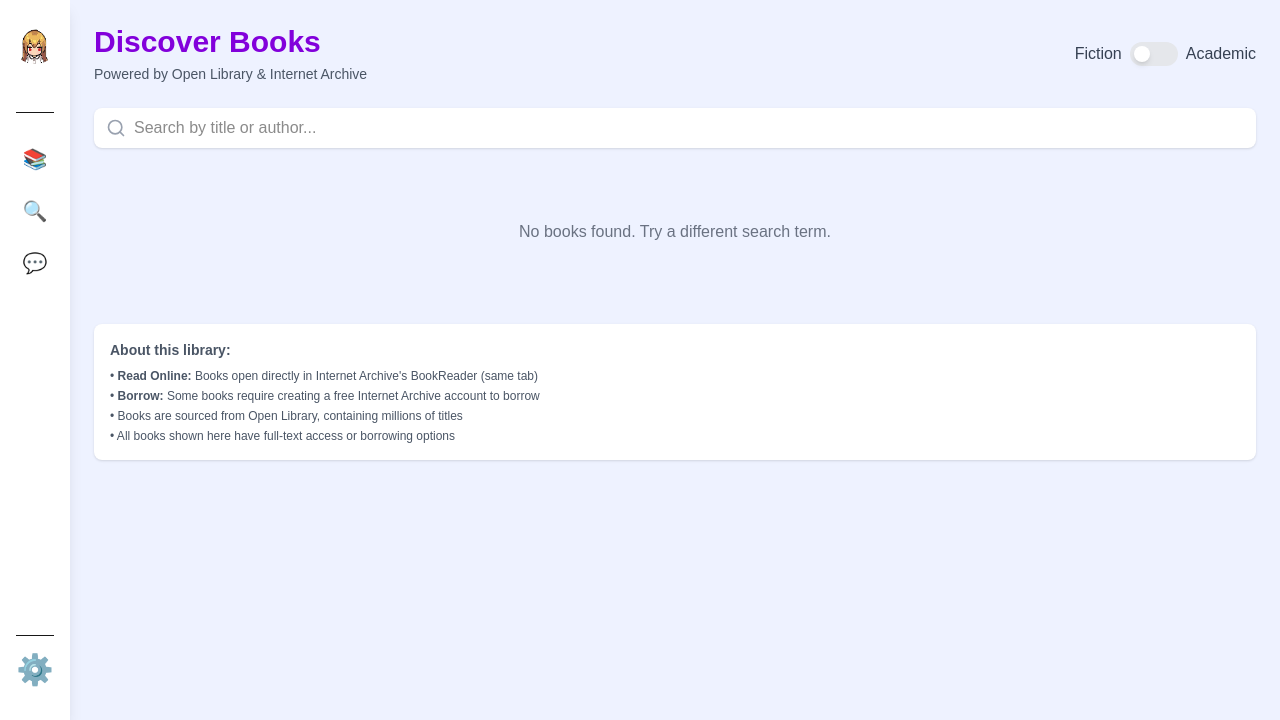
Repository: ramosfranz/bookie
Page: /discover
An editor plug-in stored every save of this project. The page is shown before and after the next save, followed by the edit.
The browser window is 1280 px wide. The pictures show the whole page.
The page's requests for data from a server got no answer. Some web fonts or font styles are not loaded; a fallback is used. The project was rebuilt for these pictures with package versions that can differ from the ones it lists, and the page was loaded fresh each time. The framework's server and built-in components were replaced by stand-ins that run in the browser. No one was signed in, and anything a server would have sent is missing. Also part of the build but not shown: next.config.ts.

Above is the page before, as saved 2025-11-30 10:30:09.

After the next save:
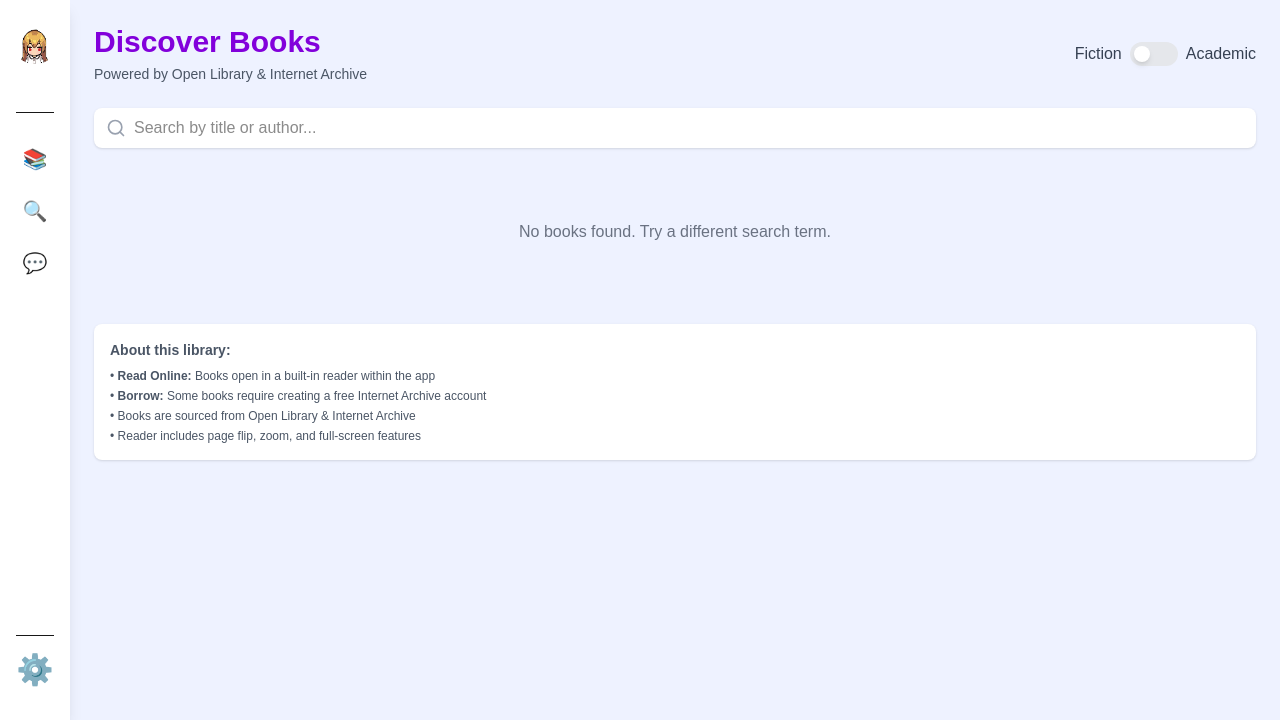
Saved 13 min 8 s later.
--- a/src/app/discover/page.tsx
+++ b/src/app/discover/page.tsx
@@ -164,15 +164,19 @@ export default function DiscoverPage() {
                   )}
 
                   {book.readUrl && (
-                    <a
-                      href={book.readUrl}
-                      target="_blank"
-                      rel="noopener noreferrer"
+                    <button
+                      onClick={() => {
+                        // Extract Internet Archive ID from URL
+                        const iaId = book.readUrl?.split('/details/')[1];
+                        if (iaId) {
+                          setViewerUrl(`https://archive.org/embed/${iaId}`);
+                        }
+                      }}
                       className="mt-auto px-3 py-1.5 bg-purple-600 text-white text-xs rounded hover:bg-purple-700 text-center flex items-center justify-center gap-1"
                     >
                       <BookOpen size={14} />
                       Read Online
-                    </a>
+                    </button>
                   )}
                   {!book.readUrl && book.borrowUrl && (
                     <a
@@ -249,28 +253,32 @@ export default function DiscoverPage() {
         <div className="mt-8 p-4 bg-white rounded-lg shadow text-sm text-gray-600">
           <p className="font-semibold mb-2">About this library:</p>
           <ul className="space-y-1 text-xs">
-            <li>• <strong>Read Online:</strong> Books open directly in Internet Archive's BookReader (same tab)</li>
-            <li>• <strong>Borrow:</strong> Some books require creating a free Internet Archive account to borrow</li>
-            <li>• Books are sourced from Open Library, containing millions of titles</li>
-            <li>• All books shown here have full-text access or borrowing options</li>
+            <li>• <strong>Read Online:</strong> Books open in a built-in reader within the app</li>
+            <li>• <strong>Borrow:</strong> Some books require creating a free Internet Archive account</li>
+            <li>• Books are sourced from Open Library & Internet Archive</li>
+            <li>• Reader includes page flip, zoom, and full-screen features</li>
           </ul>
         </div>
       </main>
 
-      {/* Embedded Viewer Modal (if needed) */}
+      {/* Embedded BookReader Modal */}
       {viewerUrl && (
-        <div className="fixed inset-0 bg-black/60 flex items-center justify-center z-50">
-          <div className="bg-white w-[90%] h-[90%] rounded-xl relative">
-            <button
-              className="absolute top-2 right-2 text-gray-700 hover:text-black z-10 bg-white rounded-full p-2"
-              onClick={() => setViewerUrl(null)}
-            >
-              <X size={24} />
-            </button>
+        <div className="fixed inset-0 bg-black/80 flex items-center justify-center z-50 p-4">
+          <div className="bg-white w-full h-full max-w-7xl max-h-[95vh] rounded-xl relative shadow-2xl">
+            <div className="absolute top-0 left-0 right-0 bg-purple-700 text-white px-4 py-3 rounded-t-xl flex items-center justify-between z-10">
+              <h3 className="font-semibold">Book Reader</h3>
+              <button
+                className="hover:bg-purple-600 rounded-full p-1 transition"
+                onClick={() => setViewerUrl(null)}
+              >
+                <X size={24} />
+              </button>
+            </div>
             <iframe
               src={viewerUrl}
-              className="w-full h-full rounded-xl"
+              className="w-full h-full rounded-xl pt-12"
               title="Book Viewer"
+              allowFullScreen
             />
           </div>
         </div>
